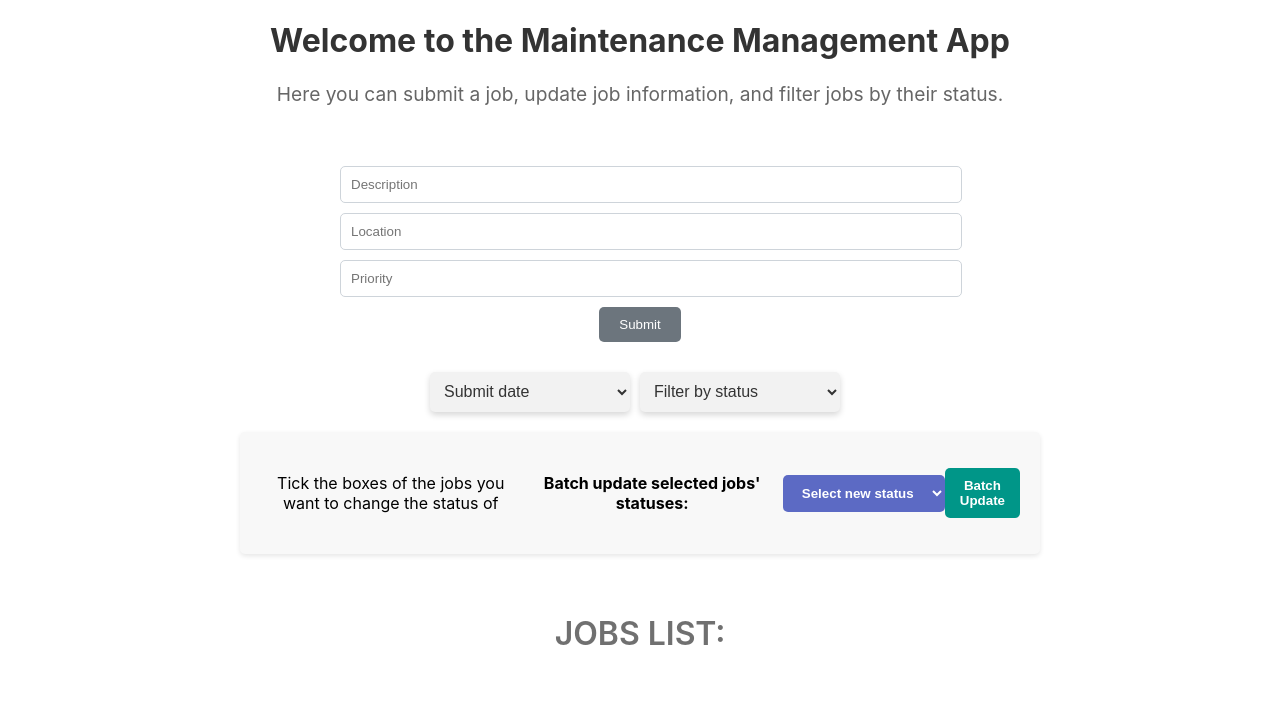
Repository: mikasteyn999/Maintenance-Manager-App
Page: / (app in frontend/)
An editor plug-in stored every save of this project. The page is shown before and after the next save, followed by the edit.
The browser window is 1280 px wide. The pictures show the whole page.
The page's requests for data from a server got no answer. The project was rebuilt for these pictures with package versions that can differ from the ones it lists, and the page was loaded fresh each time. No one was signed in, and anything a server would have sent is missing. Also part of the build but not shown: frontend/src/style/Job.css, frontend/src/components/Job.js, frontend/src/style/JobUpdateForm.css, frontend/src/components/JobUpdateForm.js.

Above is the page before, as saved 2023-06-05 16:53:26.

After the next save:
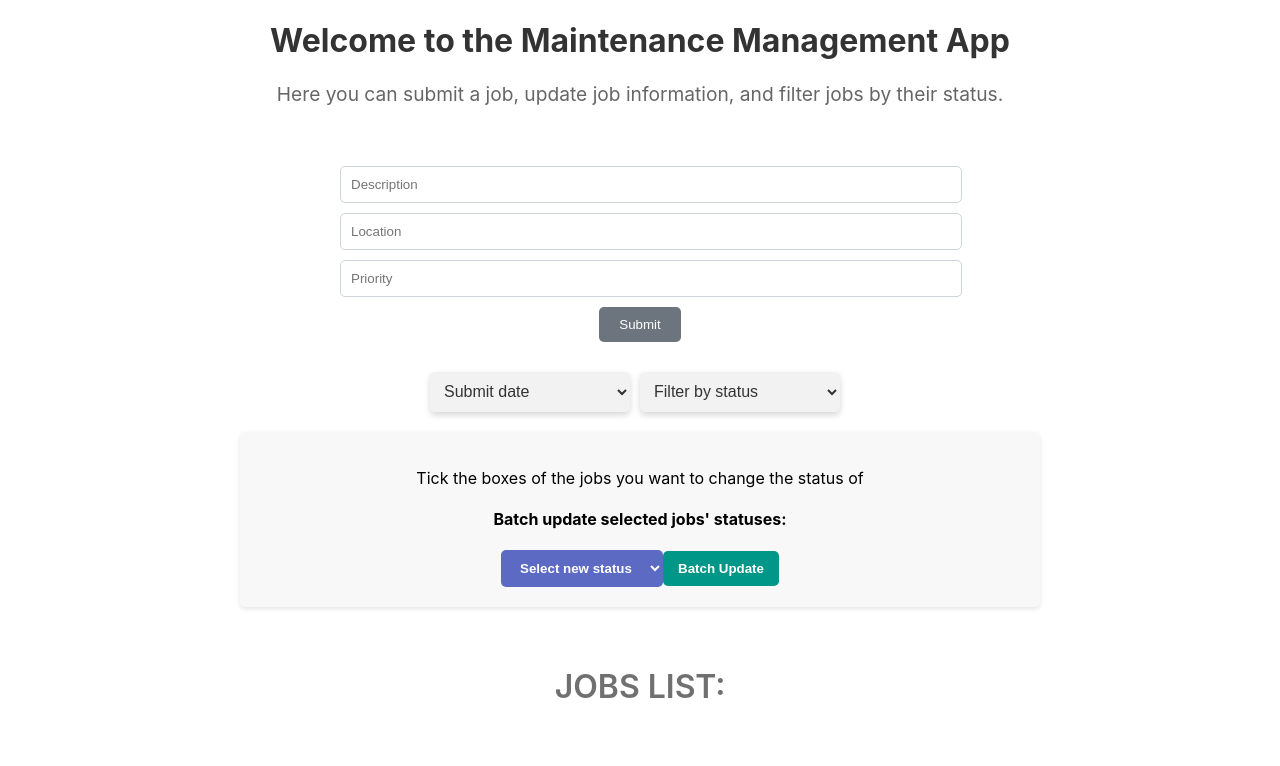
Saved 20 s later.
--- a/frontend/src/style/JobsList.css
+++ b/frontend/src/style/JobsList.css
@@ -38,7 +38,7 @@
 }
 
 .batch-update {
-    display: flex;
+    /* display: flex; */
     align-items: center;
     justify-content: space-between;
     padding: 20px;
